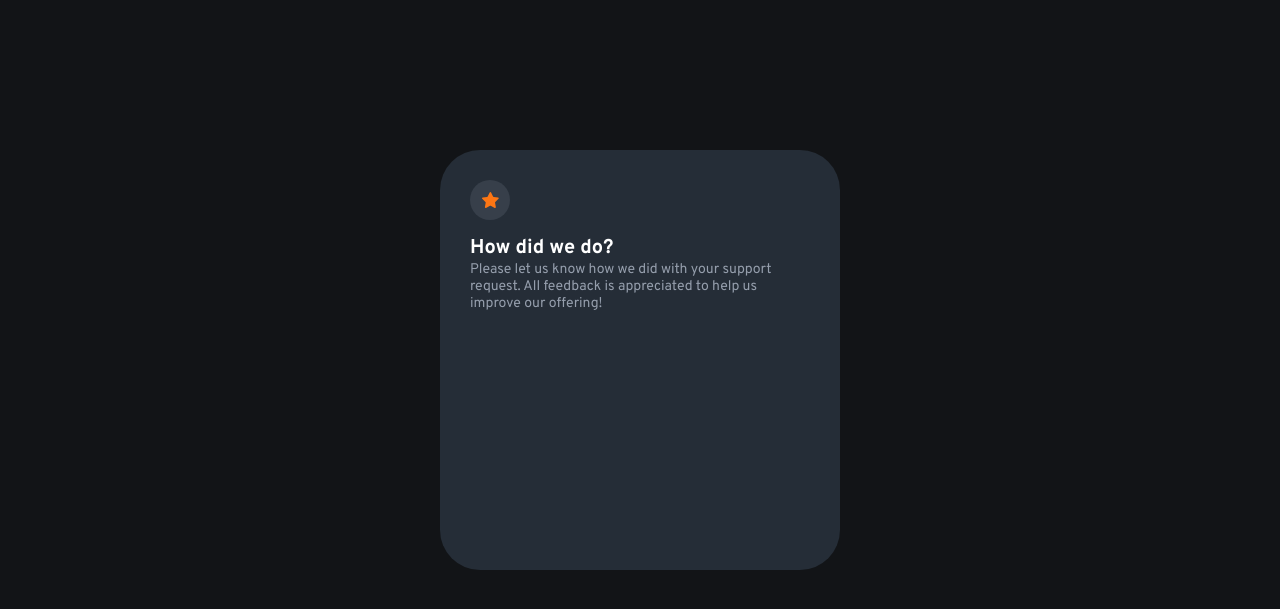
Repository: itbeginswithi/FrontebdMentor
Page: / (app in interactive-rating-component-main/)
The author's editor kept a copy of each file at every save. The page is drawn from the files as they stood at one save, then again after the next save.
The browser window is 1280 px wide. The pictures show the whole page.
The project was rebuilt for these pictures with package versions that can differ from the ones it lists, and the page was loaded fresh each time.

Above is the page before, as saved 2022-07-23 19:29:02.

### interactive-rating-component-main/public/index.html
<!DOCTYPE html>
<html lang="en">
  <head>
    <meta charset="utf-8" />
    <link rel="icon" href="favicon-32x32.png" />
    <meta name="viewport" content="width=device-width, initial-scale=1" />
    <meta name="theme-color" content="#000000" />
    <meta
      name="description"
      content="Web site created using create-react-app"
    />
    <link rel="apple-touch-icon" href="%PUBLIC_URL%/logo192.png" />
    <link rel="manifest" href="%PUBLIC_URL%/manifest.json" />
    <title>React App</title>
  </head>
  <body>
    <noscript>You need to enable JavaScript to run this app.</noscript>
    <div id="root"></div>
  </body>
</html>

### interactive-rating-component-main/src/index.js
import React from 'react';
import ReactDOM from 'react-dom/client';
import './index.scss';
import App from './App';

const root = ReactDOM.createRoot(document.getElementById('root'));

root.render(
  <React.StrictMode>
    <App />
  </React.StrictMode>
);

### interactive-rating-component-main/src/index.scss
@import url('https://fonts.googleapis.com/css2?family=Overpass:wght@400;700&display=swap');

html{
  font-size: 62.5%;
}

body {
  box-sizing: border-box;
}

*,
*:before,
*:after {
  margin: 0;
  padding: 0;
  box-sizing: inherit;
}

### interactive-rating-component-main/src/App.js
import React, {useState} from 'react';

import IconStar from './images/icon-star.svg';
import './App.scss';

function App() {
  const [rating, setRating] = useState(null);

  return (
    <main>
      <div className="wrapper">

        {/* Rating */}
        <div className='rating__container'>
          <div className='rating__star'>
            <img src={IconStar} alt='Star Icon'/>
          </div>

          <div className='rating__info'>
            <h1>How did we do?</h1>
            <p>Please let us know how we did with your support request. All feedback is appreciated to help us improve our offering!</p>
          </div>
        </div>
        {/* Switches */}
      </div>
    </main>
  );
}

export default App;

### interactive-rating-component-main/src/App.scss
$primary: hsl(25, 97%, 53%);
$white: hsl(0, 0%, 100%);
$light-grey: hsl(217, 12%, 63%);
$medium-grey: hsl(216, 12%, 54%);
$dark-blue: hsl(213, 19%, 18%);
$very-dark-blue: hsl(216, 12%, 8%);

$fontsize: 1.5rem;
$regular: 400;
$bold: 700;

@mixin flex($direction: column, $ai: center, $jc: center, $gap: 0) {
    display: flex;
    flex-direction: $direction;
    align-items: $ai;
    justify-content: $jc;
    gap: $gap;
}

main{
    height: 100vh;
    width: 100vw;
    background-color: $very-dark-blue;

    @include flex($direction: row);
}

.wrapper{
    height: 42rem;
    width: min(90%, 40rem);
    background-color: $dark-blue;
    border-radius: 4rem;
    padding: 3rem;

    & .rating{
        &__container{
            @include flex($gap: 1.5rem, $ai: flex-start);
        }

        &__star{
            @include flex;

            height: 4rem;
            width: 4rem;

            background-color: rgba($medium-grey, 20%);
            border-radius: 100vmax;
        }

        &__info{
            h1,
            p{
                font-family: 'Overpass';
            }

            h1{
                color: $white;
                font-weight: $bold;
            }

            p{
                color: $light-grey;
                font-weight: $regular;
                font-size: 1.4rem;
            }
        }
    }
}

After the next save:
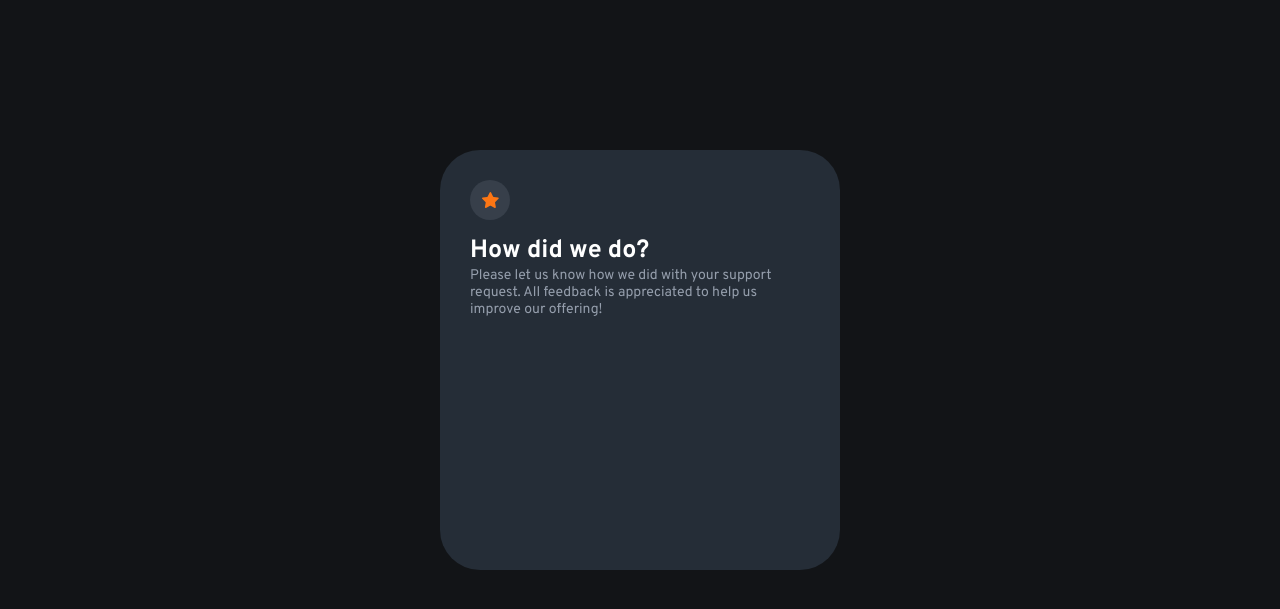
Saved 59 s later.
--- a/interactive-rating-component-main/src/App.scss
+++ b/interactive-rating-component-main/src/App.scss
@@ -56,6 +56,7 @@ main{
             h1{
                 color: $white;
                 font-weight: $bold;
+                font-size: 2.5rem;
             }
 
             p{
